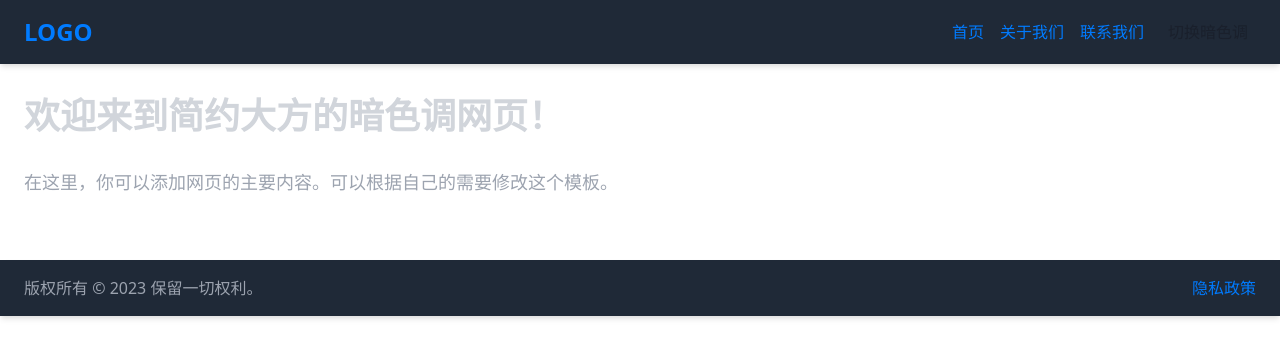
Repository: skybainiao/HackerStarter
Page: index.html
These files come from the project's save history. The page is drawn as it stood at one moment and after the next save; the edit follows.
The browser window is 1280 px wide. The pictures show the whole page.
After loading, the first visible `#themeToggle` was clicked once.

Above is the page before, as saved 2023-04-08 15:36:14.

### index.html
<!DOCTYPE html>
<html lang="zh">
<head>
    <meta charset="UTF-8">
    <meta name="viewport" content="width=device-width, initial-scale=1.0">
    <title>简约大方的暗色调网页</title>
    <link href="https://cdn.jsdelivr.net/npm/tailwindcss@2.2.16/dist/tailwind.min.css" rel="stylesheet">


</head>
<body>
    <!-- 导航栏 -->
    <header class="bg-gray-800 shadow-md">
        <nav class="container mx-auto px-6 py-3">
            <div class="flex items-center justify-between">
                <div>
                    <a href="#" class="text-gray-300 text-2xl font-semibold">LOGO</a>
                </div>
                <div class="hidden md:flex items-center space-x-4">
                    <a href="#" class="text-gray-300 hover:text-white">首页</a>
                    <a href="#" class="text-gray-300 hover:text-white">关于我们</a>
                    <a href="#" class="text-gray-300 hover:text-white">联系我们</a>
                    <button id="themeToggle" class="text-[var(--text-main)] p-2 rounded focus:outline-none focus:ring-2 focus:ring-[var(--text-main)]">切换模式</button>
                </div>
            </div>
        </nav>
    </header>

    <!-- 主内容 -->
    <main class="container mx-auto px-6 py-8">
        <h1 class="text-4xl font-bold text-gray-300 mb-8">欢迎来到简约大方的暗色调网页！</h1>
        <p class="text-gray-400 text-lg mb-8">在这里，你可以添加网页的主要内容。可以根据自己的需要修改这个模板。</p>
    </main>

    <!-- 页脚 -->
    <footer class="bg-gray-800 shadow-md">
        <div class="container mx-auto px-6 py-4">
            <div class="flex justify-between items-center">
                <div>
                    <p class="text-gray-400">版权所有 &copy; 2023 保留一切权利。</p>
                </div>
                <div>
                    <a href="#" class="text-gray-400 hover:text-gray-300">隐私政策</a>
                </div>
            </div>
        </div>
    </footer>

    <style>
      /* 暗色调 */
      body {
          background-color: #1a202c;
          color: #e2e8f0;
      }

      .header,
      .footer {
          background-color: #2d3748;
      }

      a, .header a, .footer a {
          color: #63b3ed;
      }

      a:hover, .header a:hover, .footer a:hover {
          color: #3182ce;
      }

      /* 明亮色调 */
      body.light-theme {
          background-color: white;
          color: #1a202c;
      }

      .light-theme .header,
      .light-theme .footer {
          background-color: #f8f9fa;
      }

      .light-theme a,
      .light-theme .header a,
      .light-theme .footer a {
          color: #007bff;
      }

      .light-theme a:hover,
      .light-theme .header a:hover,
      .light-theme .footer a:hover {
          color: #0056b3;
      }
  </style>

  <script>
      document.addEventListener('DOMContentLoaded', function() {
          const themeToggle = document.getElementById('themeToggle');
          const header = document.querySelector('.header');
          const footer = document.querySelector('.footer');

          themeToggle.addEventListener('click', function() {
              if (document.body.classList.contains('light-theme')) {
                  document.body.classList.remove('light-theme');
                  themeToggle.textContent = '切换明亮色调';
              } else {
                  document.body.classList.add('light-theme');
                  themeToggle.textContent = '切换暗色调';
              }
          });
      });
  </script>



</body>
</html>

After the next save:
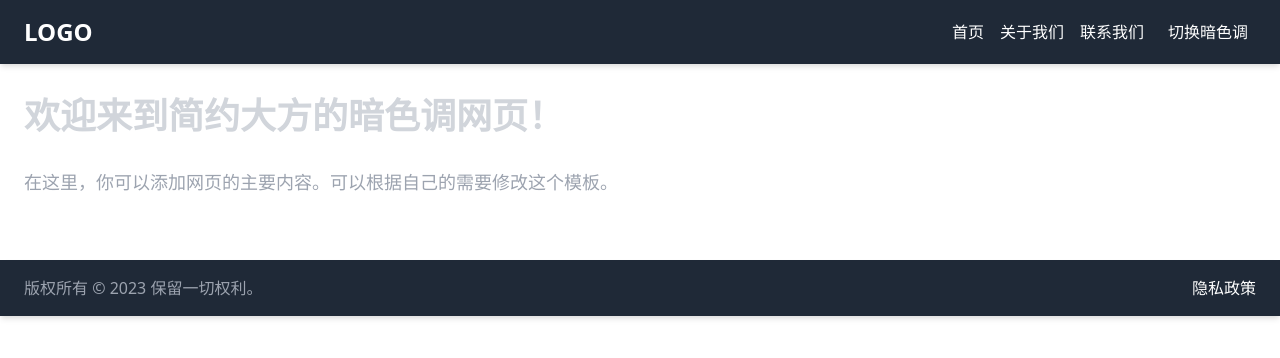
Saved 31 s later.
--- a/index.html
+++ b/index.html
@@ -69,7 +69,7 @@
       /* 明亮色调 */
       body.light-theme {
           background-color: white;
-          color: #1a202c;
+          color: #ffffff;
       }
 
       .light-theme .header,
@@ -80,13 +80,13 @@
       .light-theme a,
       .light-theme .header a,
       .light-theme .footer a {
-          color: #007bff;
+          color: #ffffff;
       }
 
       .light-theme a:hover,
       .light-theme .header a:hover,
       .light-theme .footer a:hover {
-          color: #0056b3;
+          color: #ffffff;
       }
   </style>
 
